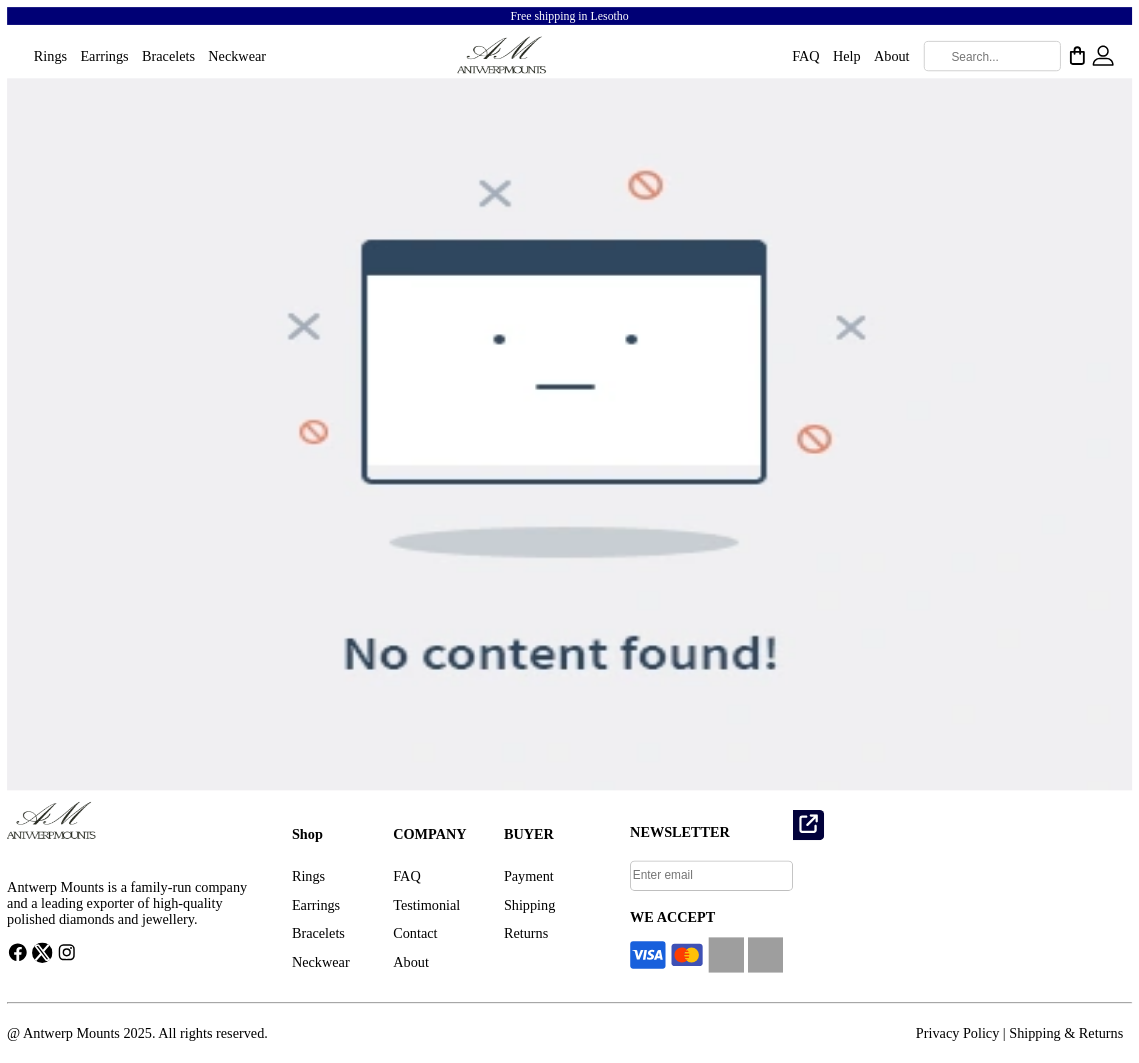
Repository: kea-0424/Web-Development-Project-1
Page: First_collaboration/JewelarySite.html
An editor plug-in stored every save of this project. The page is shown before and after a run of saves, followed by the edit.
The browser window is 1280 px wide. The pictures show the whole page, at 89% of full size.
Pictures or frames that could not be fetched are drawn as grey boxes.

Above is the page before, as saved 2025-01-23 11:18:31.

### First_collaboration/JewelarySite.html
<!DOCTYPE html>
<html lang="en">
<head>
    <meta charset="UTF-8">
    <meta name="viewport" content="width=device-width, initial-scale=1.0">
    <title>Document</title>
    <link rel="stylesheet" href="./JewelarySite.css">
</head>
<body>
    <header>
        <div class="notification">
            <span>Free shipping in Lesotho</span>
        </div>
        <nav>
                <ul class="navigations"  id="right_nav">
                    <li class="navbar_links"><a href="#">Rings</a></li>
                    <li class="navbar_links"><a href="#">Earrings</a></li>
                    <li class="navbar_links"><a href="#">Bracelets</a></li>
                    <li class="navbar_links"><a href="#">Neckwear</a></li>
                </ul>

            <div class="logo_container">
<img src="Main_Logo-removebg-preview.png" alt="Logo" class="main_logo" id="Nav_logo">
            </div>
                <ul class="navigations" id="left_nav">
                    <li class="navbar_links"><a href="#">FAQ</a></li>
                    <li class="navbar_links"><a href="#">Help</a></li>
                    <li class="navbar_links"><a href="#">About</a></li>
                </ul>
                <form action="#">
                    <i class='bx bx-search-alt-2'></i>
                    <input class='searchbar' type="text" placeholder="Search...">
                </form>
                <div class="nav_icons">
                    <img src="./cart.svg" alt="Logo" class="icon">
                    <img src="./profile.svg" alt="Logo" class="icon">
                </div>
        </nav>
    </header>
    <main>
        <img src="./NoContent.webp" alt="No_Content" class="No_Content">
    </main>
    <footer>
        <div class="about_us">
            <div class="logo_container">
                <img src="Main_Logo-removebg-preview.png" alt="Logo" class="main_logo">
                            </div>
                            <div class="bio">
                                <p>Antwerp Mounts is a family-run company<br>
                                    and a leading exporter of high-quality<br>
                                   polished diamonds and jewellery.</p>
                            </div>
                                <div class="social_media">
                                    <div class="socials" >
                                        <a href="#"><img src="./bxl-facebook-circle (1).svg" alt="Facebook" id="facebook_link"></a>
                                    </div>
                                    <div class="socials">
                                        <a href="#"><img src="./x-twitter-brands-solid.svg" alt="Twitter" id="X_link"></a>
                                    </div>
                                    <div class="socials">
                                        <a href="#"><img src="./bxl-instagram (1).svg" alt="Instagram" id="instagram_link"></a>
                                    </div>
                                    </div>
        </div>
        <div class="navigation">
            <div class="list1">
                <h4>Shop</h4>
                <ul class="footer_lists">
                    <li><a href="#">Rings</a></li>
                    <li><a href="#">Earrings</a></li>
                    <li><a href="#">Bracelets</a></li>
                    <li><a href="#">Neckwear</a></li>
                </ul>
            </div>
            <div class="list2">
               <h4>COMPANY</h4>
               <ul class="footer_lists">
                <li><a href="#">FAQ</a></li>
                <li><a href="#">Testimonial</a></li>
                <li><a href="#">Contact</a></li>
                <li><a href="#">About</a></li>
               </ul>
            </div>
            <div class="list3">
                <h4>BUYER</h4>
                <ul class="footer_lists">
                    <li><a href="#">Payment</a></li>
                    <li><a href="#">Shipping</a></li>
                    <li><a href="#">Returns</a></li>
                </ul>
            </div>
        </div>
        <div class="Subscription">
            <h4>NEWSLETTER</h4>
            <form action="#">
                <input type="text" placeholder="Enter email" class="newsletter_input">
                <button type="submit" class="submit_btn"><img src="./arrow-up-right-from-square-solid.svg" alt="arrow"></button>
            </form>
            <h4>WE ACCEPT</h4>
            <div class="payment_methods">
                <div class="payment_method">
                    <img src="./cc-visa-brands-solid.svg" alt="visa" id="visa">
                </div>
                <div class="payment_method">
                    <img src="mastercard.svg" alt="mastercard" id="mastercard">
                </div>
                <div class="payment_method">
                    <img src="./paypal.svg" alt="paypal" id="paypal">
        </div>
        <div class="payment_method">
            <img src="./skrill.svg" alt="skrill" id="skrill">
        </div>
            </div>
        </div>
        <hr>
        <div class="copyright">
            <p class="left_details">@ Antwerp Mounts 2025. All rights reserved.</p>
            <p class="right_details">Privacy Policy | Shipping & Returns</p>
        </div>
    </footer>
</body>
</html>

### First_collaboration/JewelarySite.css

body {
    box-sizing: border-box;
}
.notification {
    background-color: rgb(0 0 117);
    color: rgb(255 255 255);
    display: flex;
    align-items: center;
    justify-content: center;
    font-size: smaller;
    width: inherit;
    height: 20px;
}
nav {
    display: flex;
    justify-content: space-between;
    /*padding: 10px;*/
}
.main_logo {
    height: 80px;
    width: 100px;
    margin-top: 0;

}
#Nav_logo {
    margin: 0 auto;
    position: absolute;
    left: 40%;
}
.navigations,.navbar_links {
    list-style-type: none;
    display: flex;
    justify-content: space-between;
list-style: none;
text-decoration: none;
color: inherit;
margin-right: 15px;
padding: 0;
}
nav {
    position:relative;
    width: 100%;
    height: 60px
}

a {
    text-decoration: none;
color: inherit;
}
a:hover {
    /*font-size: larger;*/
    transition: font-size 0.2s ease-in-out;
    position: relative;
    /*background-color: blue;*/
    color: rgba(0 0 255 / 0.26);
    border-radius: 3px;
}
main,.No_Content {
    width: 100%;
    height: 800px;
}
.searchbar {
    width: 120px;
    height: 30px;
    border-radius: 5px;
    border: 1px solid #ccc;
    margin-top: 18px;
    padding-left: 30px;
    position: absolute;
    right: 80px;

}
.navbar_links {
    margin-top: 10px;
}
.icon {
    width: 25px;
    height: 25px;
    margin-top: 22px;
}
#left_nav{
    position: absolute;
    right: 220px;
}
#right_nav {
    position: absolute;
    left: 30px;
}
.nav_icons {
    margin-right: 20px;
}
.socials {
    /*border: 1px solid red;*/
    display: inline;
    height: 50px;
    width: 50px;
}
.bio {
    /*border: 1px solid red;*/
    display: inline-block;
}
#X_link {
    background-color: black;
    height: 23px;
    width: 23px;
    border-radius: 50%;
    display: inline-block;
}
/*.list1,.list2,.list3*/.navigation{
    /*border: 1px solid red;*/
    display: inline-block;
    position: absolute;
    left: 320px;
    top: 20px;
box-sizing: border-box;
}
footer {
    /*border: 1px solid red;*/
    position: relative;
}
.list1,.list2,.list3 {
    /*border: 1px solid red;*/
    display: inline-block;
    box-sizing: border-box;
    margin-right: 5px;
}
.list3 {
    position: relative;
    bottom: 32px;
}
.footer_lists {
    position: relative;
    right: 40px;
    list-style: none;
    line-height: 2em;
}
.newsletter_input {
    height: 30px;
    overflow: hidden;
    border-radius: 5px;
    border: 1px solid rgba(0 0 0 / 0.25);
    position: relative;
    /*z-index: 1;*/
}
.submit_btn {
    background-color: rgb(2 2 59);
    border: 1px solid transparent;
    height: 34px;
    width: 35px;
    position: absolute;
    right: px;
    top: 4px;
    border-radius:0px 5px 5px 0px;
}
#visa, #mastercard, #paypal, #skrill {
    height: 40px;
    width: 40px;
}
#visa:hover, #mastercard:hover, #paypal:hover, #skrill:hover {
    height: 50px;
    width: 50px;
}
.payment_method {
    /*border: 1px solid red;*/
    display: inline-block;
    position: relative;
    bottom: 8px;
}
.Subscription {
/*border: 1px solid red;*/
display: inline;
position: absolute;
left: 700px;
top:18px;
}
hr {
    margin-top: 40px;
}
.copyright {
   /* border: 1px solid red;*/
    position: relative;
}
.left_details {
    /*border: 1px solid red;*/
    display: inline-block;
}
.right_details {
    /*border: 1px solid red;*/
    display: inline;
    position: absolute;
    right: 10px;
}

After the next 2 saves:
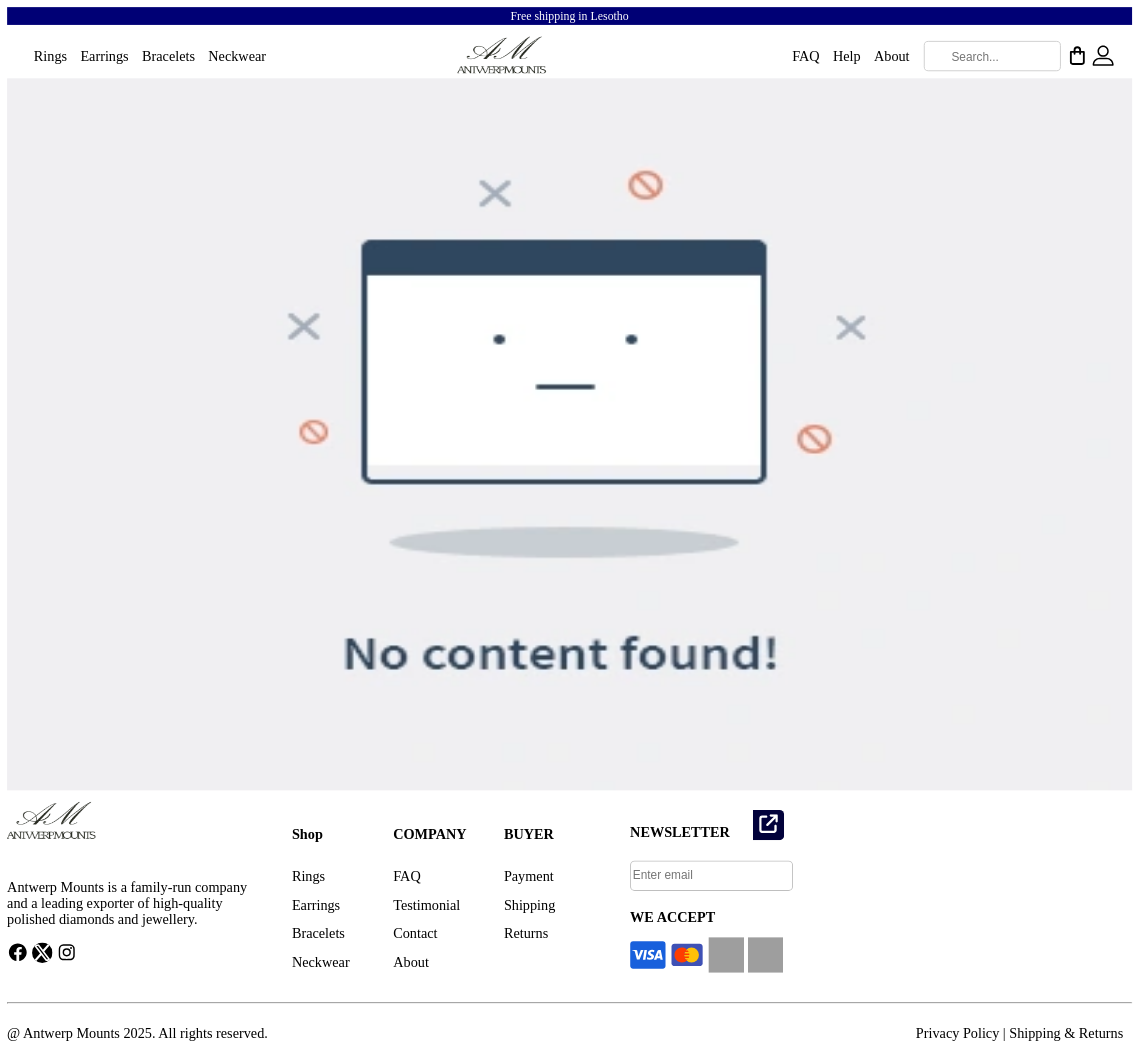
The 2 saves are shown as one change because they came seconds apart.
The last was saved 7 s later.
--- a/First_collaboration/JewelarySite.css
+++ b/First_collaboration/JewelarySite.css
@@ -149,7 +149,7 @@ footer {
     height: 34px;
     width: 35px;
     position: absolute;
-    right: px;
+    right: 10px;
     top: 4px;
     border-radius:0px 5px 5px 0px;
 }
